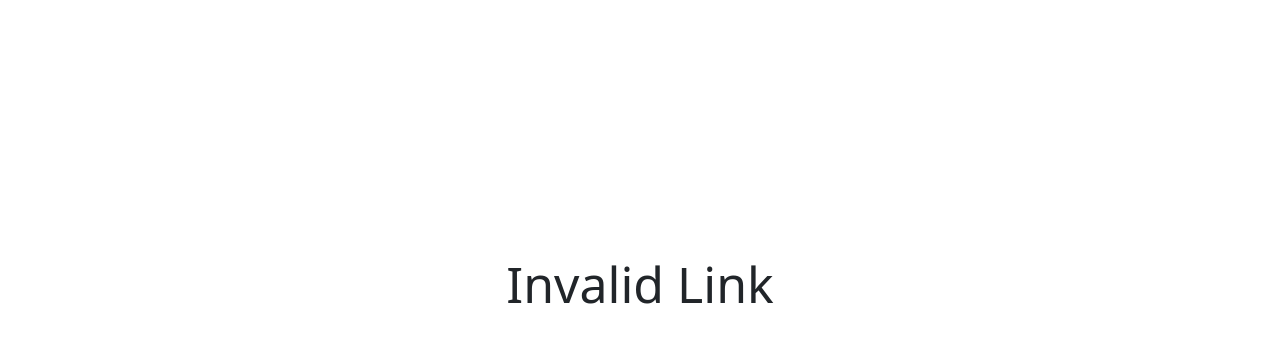
Repository: SaudCh/Web-Mid-Exams
Page: /error
The author's editor kept a copy of each file at every save. The page is drawn from the files as they stood at one save, then again after the next save.
The browser window is 1280 px wide. The pictures show the whole page.
The project was rebuilt for these pictures with package versions that can differ from the ones it lists, and the page was loaded fresh each time. Also part of the build but not shown: src/Home/home.jsx.

Above is the page before, as saved 2021-11-22 00:22:55.

After the next save:
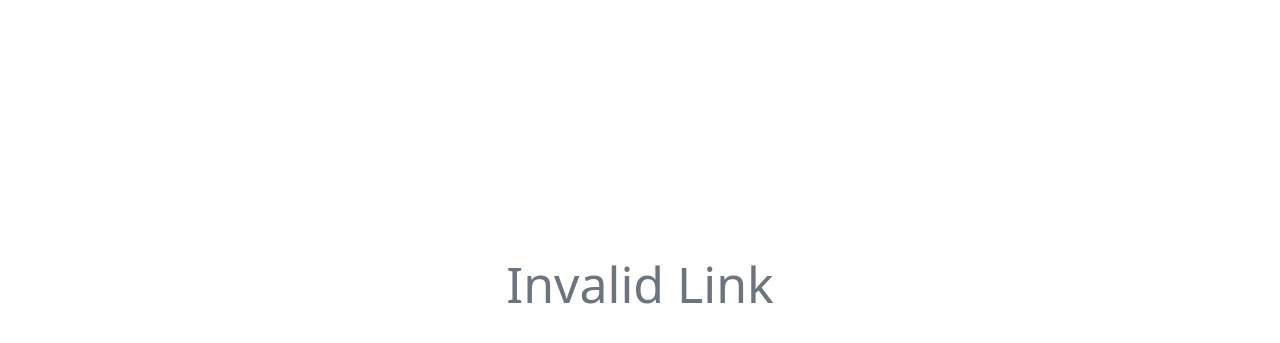
Saved 6 s later.
--- a/src/Error/error.jsx
+++ b/src/Error/error.jsx
@@ -10,7 +10,7 @@
         justifyContent: "center",
       }}
     >
-      <h1 className="text-priamry" style={{ fontSize: 50 }}>
+      <h1 className="text-secondary" style={{ fontSize: 50 }}>
         Invalid Link
       </h1>
     </div>
